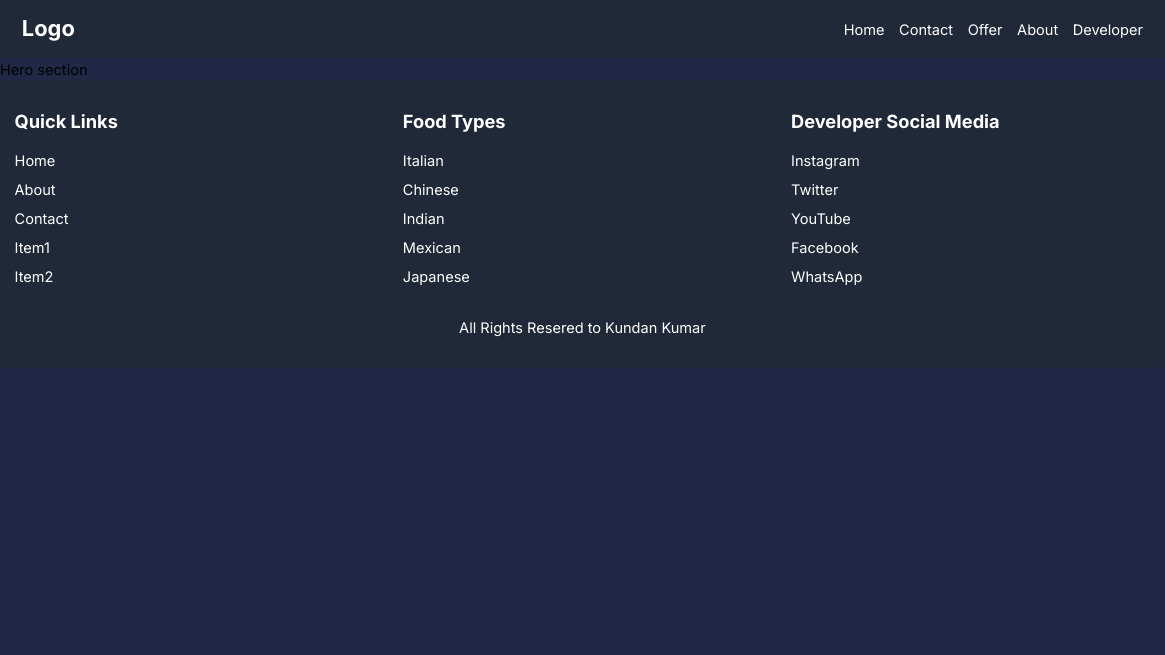
Repository: its-kundan/food-on-time
Page: /
An editor plug-in stored every save of this project. The page is shown before and after a run of saves, followed by the edit.
The browser window is 1280 px wide. The pictures show the whole page, at 91% of full size.
The project was rebuilt for these pictures with package versions that can differ from the ones it lists, and the page was loaded fresh each time. The framework's server and built-in components were replaced by stand-ins that run in the browser. Also part of the build but not shown: next.config.mjs.

Above is the page before, as saved 2024-07-25 09:06:39.

After the next 2 saves:
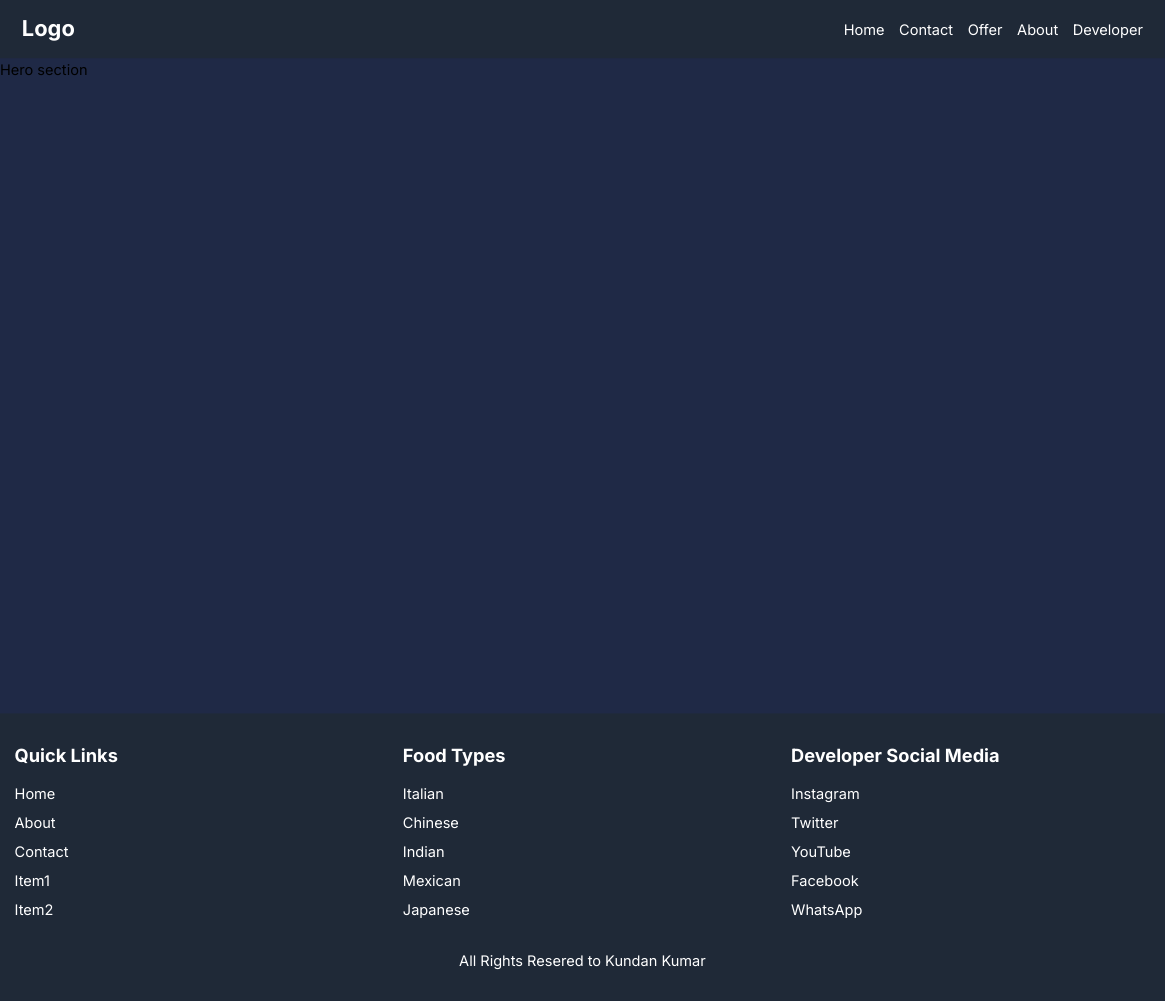
The 2 saves are shown as one change because 1 did not build or start.
The last was saved 23 s later.
--- a/src/app/page.js
+++ b/src/app/page.js
@@ -6,7 +6,7 @@ export default function Home() {
   return (
    <main className="bg-grey-800 ">
     <Header/>
-    <div className=""> Hero section</div>
+    <div className="h-screen w-sc"> Hero section</div>
     <Footer/>
 
 
